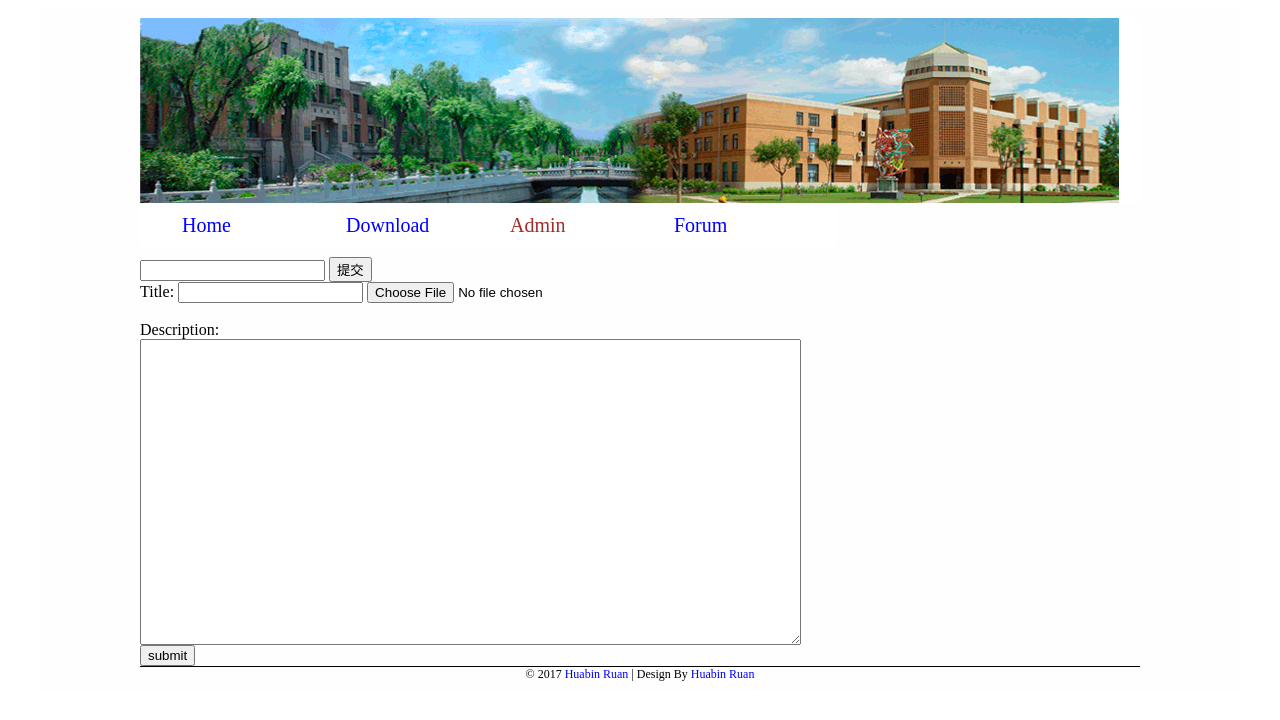
Repository: ruanhuabin/LifeSoftwareWebSite
Page: http://localhost/CryoEM/admin.jsp
The author's editor kept a copy of each file at every save. The page is drawn from the files as they stood at one save, then again after the next save.
The browser window is 1280 px wide. The pictures show the whole page.
The page is served by Tomcat 9. Nobody is signed in. The application's start-up code is not run.

Above is the page before, as saved 2017-08-11 01:03:47.

After the next save:
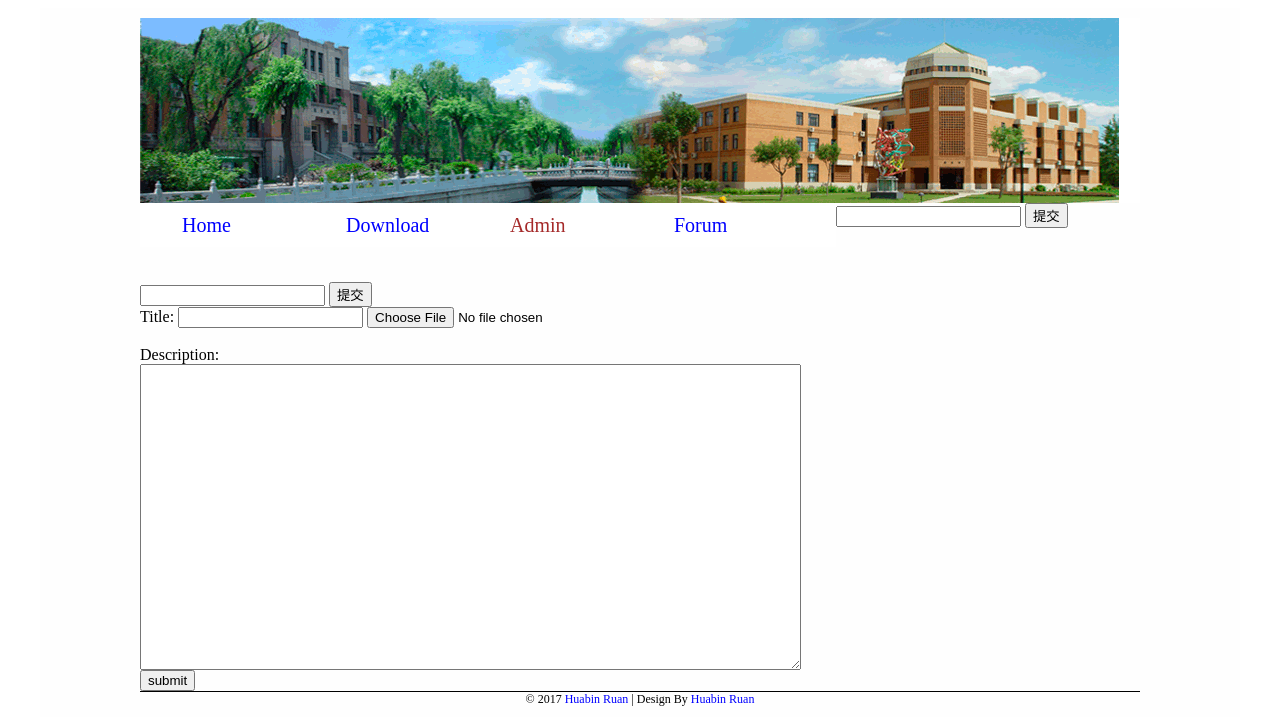
Saved 85 s later.
--- a/CryoEM/WebRoot/admin.jsp
+++ b/CryoEM/WebRoot/admin.jsp
@@ -82,7 +82,12 @@ String basePath = request.getScheme()+"://"+request.getServerName()+":"+request.
 </script>
 
 
-
+<div id="form-div">
+ <form action="post/Admin_uploadUserFile.action" method="post" target="nm_iframe">
+      <input type="text" id="id_input_text" name="userFile" />
+      <input type="submit" id="id_submit" name="nm_submit" value="提交" />
+  </form>
+  </div>
 
 <br />
 <br />
